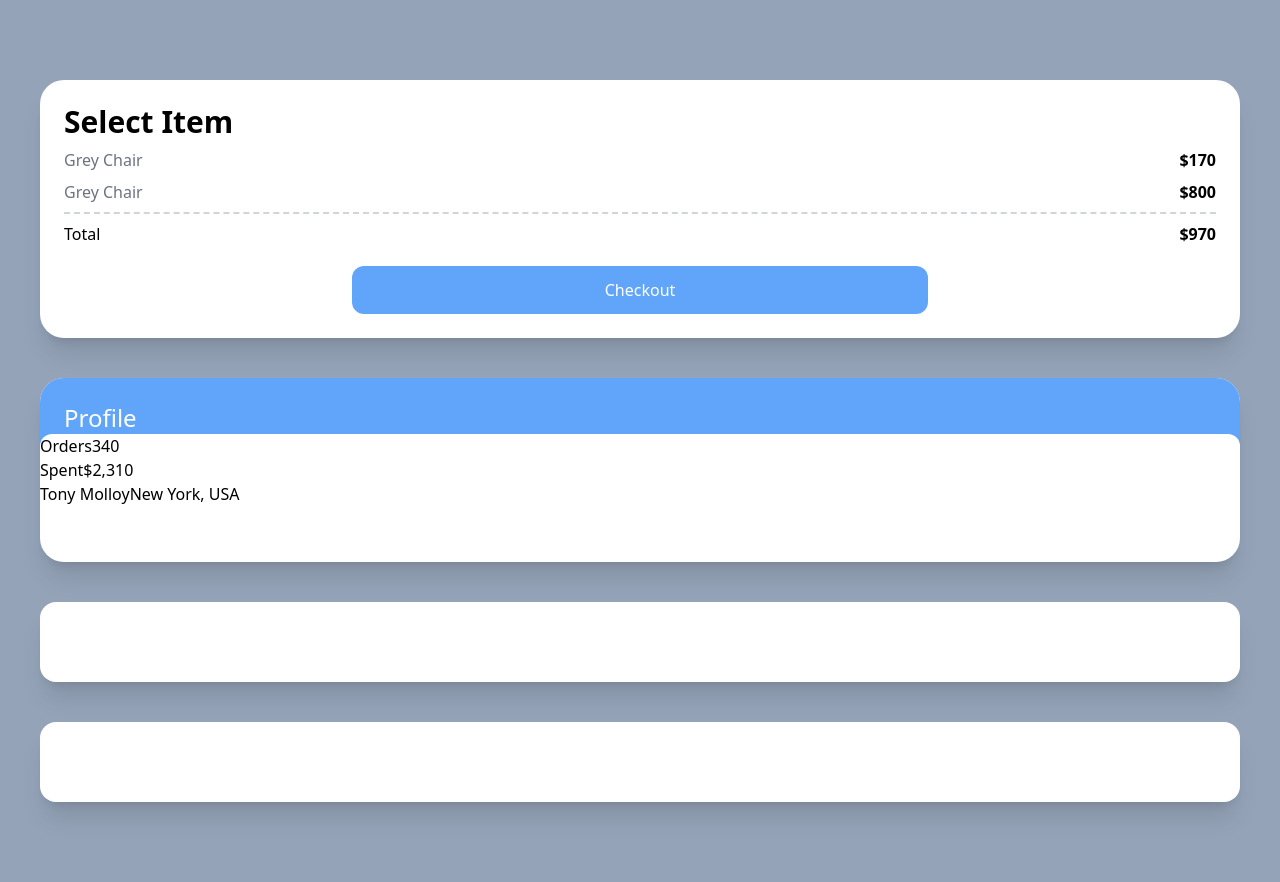
Repository: pjk0007/nextjs-carrot-marcket
Page: /
An editor plug-in stored every save of this project. The page is shown before and after the next save, followed by the edit.
The browser window is 1280 px wide. The pictures show the whole page.
The project was rebuilt for these pictures with package versions that can differ from the ones it lists, and the page was loaded fresh each time. The framework's server and built-in components were replaced by stand-ins that run in the browser. Also part of the build but not shown: next.config.js.

Above is the page before, as saved 2022-04-30 13:10:48.

After the next save:
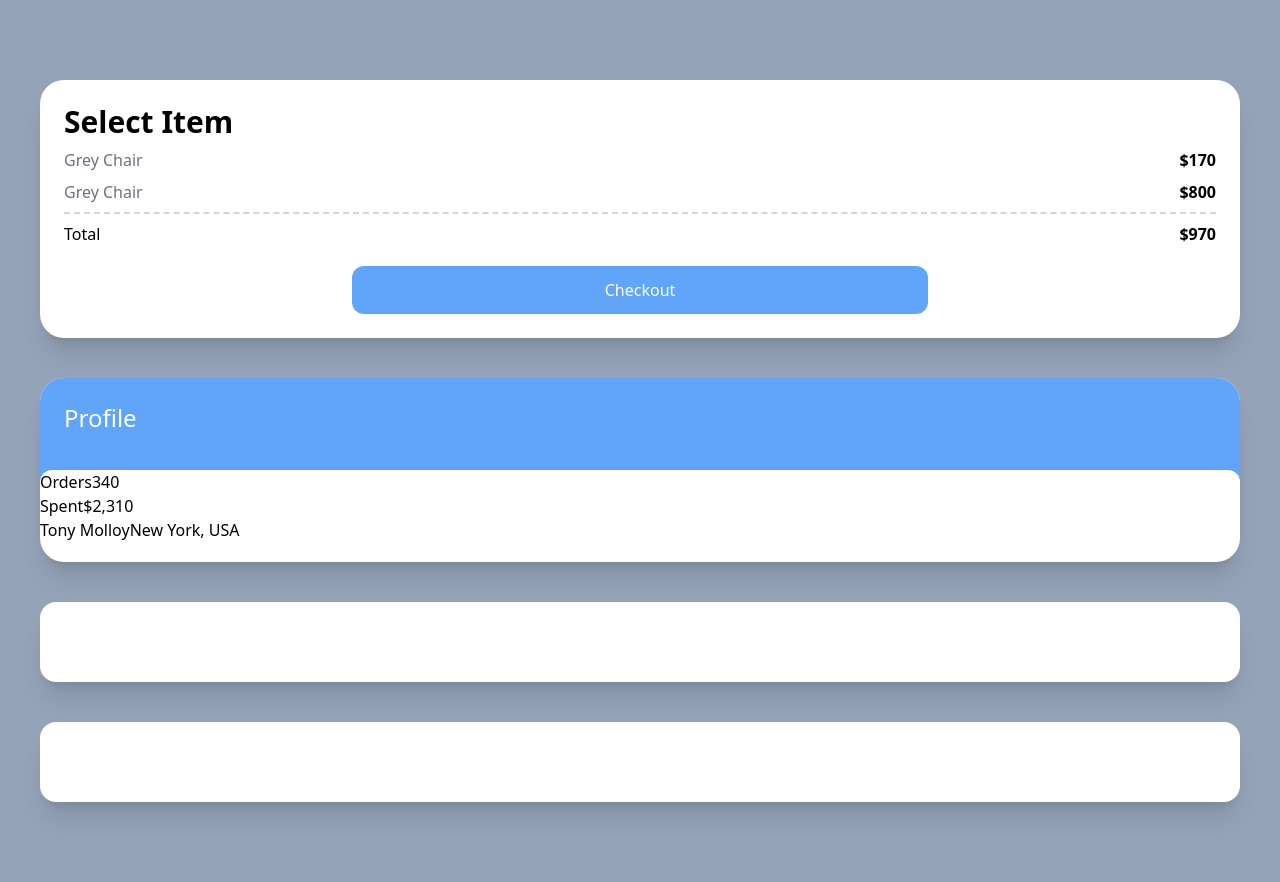
Saved 7 s later.
--- a/pages/index.tsx
+++ b/pages/index.tsx
@@ -23,7 +23,7 @@ const Home: NextPage = () => {
         <div className='bg-blue-400 p-6 pb-14'>
           <span className='text-white text-2xl'>Profile</span>
         </div>
-        <div className='rounded-xl relative -top-14 bg-white'>
+        <div className='rounded-xl relative -top-5 bg-white'>
           <div>
             <div>
               <span>Orders</span>
